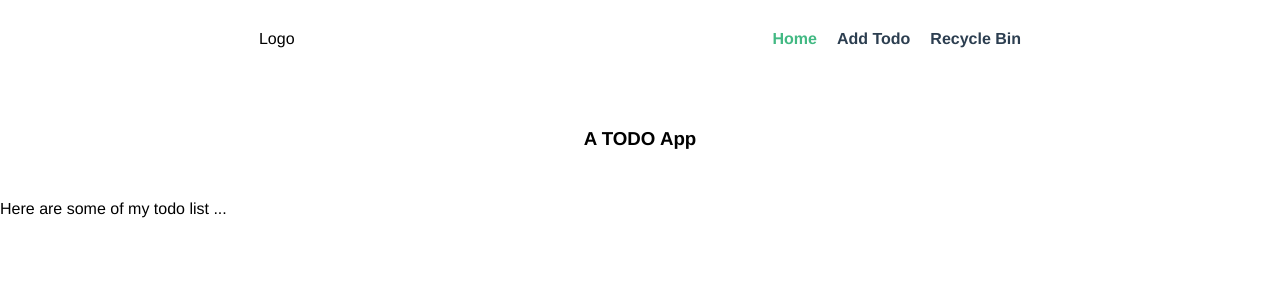
Repository: adisamicheal/academy-vuex-todo
Page: /
The author's editor kept a copy of each file at every save. The page is drawn from the files as they stood at one save, then again after the next save.
The browser window is 1280 px wide. The pictures show the whole page.
The project was rebuilt for these pictures with package versions that can differ from the ones it lists, and the page was loaded fresh each time.

Above is the page before, as saved 2021-11-01 14:08:49.

### src/App.vue
<template>
  <div id="app">
    <div id="nav">
      <Navigation />
    </div>
    <router-view/>
  </div>
</template>

<script>
import Navigation from '@/components/Navigation.vue'

export default {
  components: {
    Navigation
  }
}
</script>

<style>
* {
  margin: 0;
  padding: 0;
  box-sizing: border-box;
}
#app {
  font-family: Avenir, Helvetica, Arial, sans-serif;
  -webkit-font-smoothing: antialiased;
  -moz-osx-font-smoothing: grayscale;
}

#nav {
  padding: 30px;
}

#nav a {
  font-weight: bold;
  color: #2c3e50;
}

#nav a.router-link-exact-active {
  color: #42b983;
}
.active-button {
  background: #42b983;
  color: #fff;
  font-size: 18px;
  padding: 10px 20px;
  border: 1px solid #42b983;
  border-radius: 20px;
  margin-top: 20px;
}
</style>

### src/router/index.js
import Vue from 'vue'
import VueRouter from 'vue-router'
import Home from '../views/Home.vue'

Vue.use(VueRouter)

const routes = [
  {
    path: '/',
    name: 'Home',
    component: Home
  },
  {
    path: '/about',
    name: 'About',
    // route level code-splitting
    // this generates a separate chunk (about.[hash].js) for this route
    // which is lazy-loaded when the route is visited.
    component: () => import(/* webpackChunkName: "about" */ '../views/About.vue')
  },
  {
    path: '/add-todo',
    name: 'AddTodo',
    component: () => import(/* webpackChunkName: "about" */ '../views/AddTodo.vue')
  },
  {
    path: '/recycle-bin',
    name: 'RecycleBin',
    component: () => import('../views/RecycleBin.vue')
  }
]

const router = new VueRouter({
  mode: 'history',
  base: process.env.BASE_URL,
  routes
})

export default router

### src/store/index.js
import Vue from 'vue'
import Vuex from 'vuex'

Vue.use(Vuex)

export default new Vuex.Store({
  state: {
    todoItems: [],
    currentId: 0,
    deletedTodoItems: []
  },
  getters: {
    getTodoItems: state => state.todoItems,
    getCurrentId: state => state.currentId,
    getDeletedTodoItems: state => state.deletedTodoItems,
    getTodoById: (state) =>(id) => {
      return state.todoItems.find(item => item.id === id)
    }
  },
  mutations: {
    updateTodoItems: (state, payload) => { state.todoItems.push(payload)},
    updateCurrentId: (state) => { state.currentId +=1 },
    removeItem: (state, payload) => {
      state.todoItems = state.todoItems.filter(item => item.id !== payload)
    },
    updateDeletedTodoItems: (state, payload) => { state.deletedTodoItems.push(payload)},
    removeDeletedItems: (state, payload) => {
      state.deletedTodoItems = state.deletedTodoItems.filter(item => item.id !== payload)
    }
  },
  actions: {
    addTodoItem(context, payload) {
      const currentId = context.state.currentId
      const data = {
        ...payload,
        id: currentId,
      }
      context.commit('updateTodoItems', data)
      context.commit('updateCurrentId')
    },
    deleteTodoItem(context, payload) {
      console.log('Deleted Todo',payload);
      const currentTodo = context.getters.getTodoById(payload)
      context.commit('removeItem', payload)
      context.commit('updateDeletedTodoItems', currentTodo)
    },
    restoreTodoItem(context, payload) {
      const currentTodo = context.state.deletedTodoItems.find(item => item.id === payload)
      context.commit('updateTodoItems', currentTodo),
      context.commit('removeDeletedItems', payload)
    }
  },
  modules: {
  }
})

### src/components/Navigation.vue
<template>
  <nav>
      <div class="logo">
          Logo
      </div>
      <div>
          <ul>
              <li><router-link to="/">Home</router-link> </li>
              <li><router-link to="/add-todo">Add Todo</router-link> </li>
              <li><router-link to="/recycle-bin">Recycle Bin</router-link> </li>
              <!-- <li><router-link to="/">Home</router-link> </li> -->
          </ul>
      </div>
  </nav>
</template>

<script>
export default {

}
</script>

<style scoped>
nav {
    display: flex;
    align-items: center;
    justify-content: space-around;
}
ul {
    list-style: none;
    display: flex;
    align-items: center;
}
ul li {
    margin-left: 20px;
}
ul li a {
    text-decoration: none;
}
</style>

### src/views/Home.vue
<template>
  <div class="home">
    <div class="heading">
      <h3>A TODO App</h3>
      <p>Here are some of my todo list ...</p>
    </div>
    <div class="todo">
      <div class="todo-card" v-for="todo in getTodoItems" :key="todo.id">
        <h5 class="card-title">{{ todo.activity }}</h5>
        <p class="card-description">{{ todo.description }}</p>
        <button class="active-button" @click="deleteTodoItem(todo.id)">Delete</button>
      </div>
    </div>
  </div>
</template>

<script>
// @ is an alias to /src
import { mapGetters, mapActions } from 'vuex';

export default {
  name: 'Home',
  data() {
    return {
      todoItem: {}
    }
  },
  components: {
  },
  computed: {
    ...mapGetters(['getTodoItems'])
  },
  methods: {
    ...mapActions(['deleteTodoItem']),
  }
}
</script>

<style scoped>
h3 {
  text-align: center;
  padding: 50px 0;
}
</style>

<style>
.todo {
  padding: 20px;
}
.todo-card {
  box-shadow: 10px 10px 5px 0px rgb(128, 128, 128);
  -webkit-box-shadow: 10px 10px 5px 0px rgb(128, 128, 128);
  -moz-box-shadow: 10px 10px 5px 0px rgb(128, 128, 128);
  padding: 20px;
  margin: 20px 0;
}
.card-title {
  font-size: 36px;
}
</style>

Loaded but not shown: public/index.html (common file); src/main.js (common file)

After the next save:
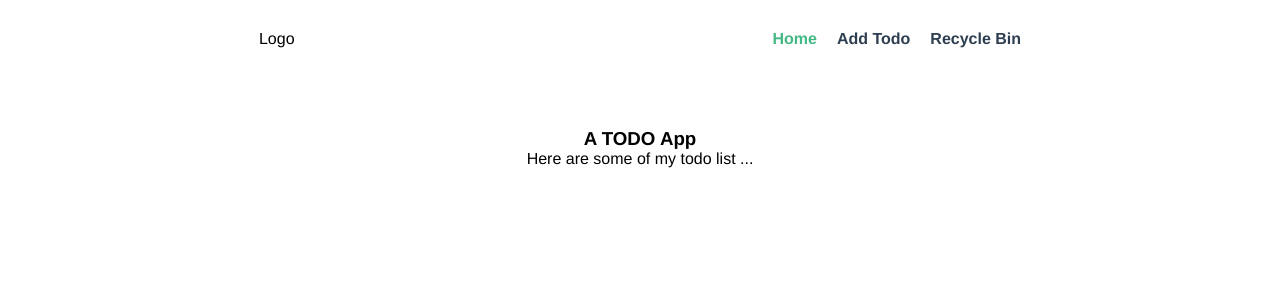
Saved 25 min 22 s later.
--- a/src/views/Home.vue
+++ b/src/views/Home.vue
@@ -37,7 +37,7 @@ export default {
 </script>
 
 <style scoped>
-h3 {
+.heading {
   text-align: center;
   padding: 50px 0;
 }
